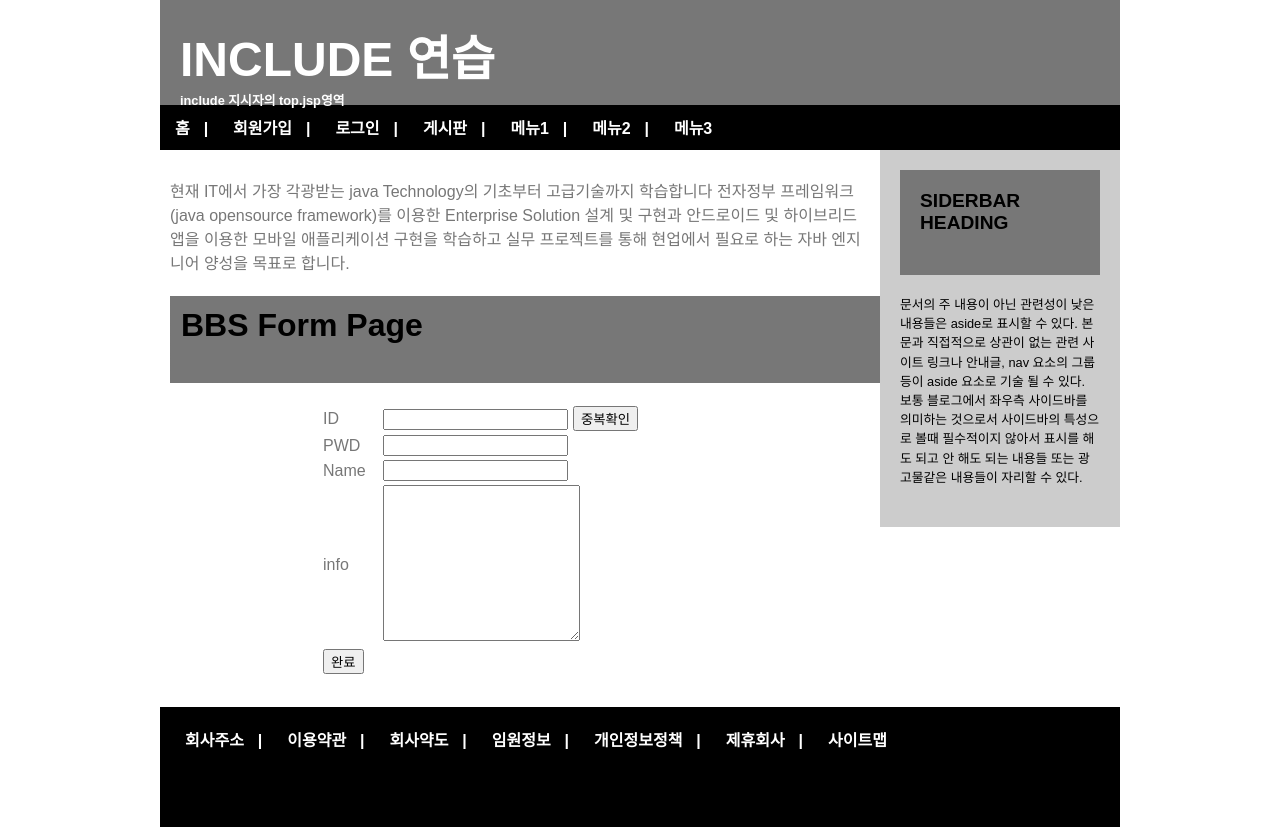
Repository: dev-sean/kosta
Page: http://localhost/jsp_1105/bbsForm.jsp
An editor plug-in stored every save of this project. The page is shown before and after the next save, followed by the edit.
The browser window is 1280 px wide. The pictures show the whole page.
Some web libraries are served in a nearby version. The page is served by Tomcat 9. Other server files are loaded and not shown.

Above is the page before, as saved 2014-11-05 05:13:09.

### jsp/jsp_1105/WebContent/bbsForm.jsp
<%@ page language="java" contentType="text/html; charset=EUC-KR"
	pageEncoding="EUC-KR"%>
<%@include file="ex1_top.jsp"%>
<script src="//code.jquery.com/jquery-1.11.0.min.js"></script>
<script src="//code.jquery.com/jquery-migrate-1.2.1.min.js"></script>
<script>
	$(document).ready(function() {
		$('#btn1').click(function() {

			$.ajax({
				url : "idcheck.jsp",
				data : {
					'id' : $('#id').val()
				},
				success : function(data) {
					var iValue = data.indexOf("success");
					if (iValue != -1) {
						alert("사용가능한 아이디입니다.");
					} else {
						alert("중복된 아이디입니다.");
					}
				},
				error : function(e) {
					console.log(e);
				}
			});
		});
	});
</script>
<article>
	<p>현재 IT에서 가장 각광받는 java Technology의 기초부터 고급기술까지 학습합니다 전자정부
		프레임워크(java opensource framework)를 이용한 Enterprise Solution 설계 및 구현과
		안드로이드 및 하이브리드앱을 이용한 모바일 애플리케이션 구현을 학습하고 실무 프로젝트를 통해 현업에서 필요로 하는 자바
		엔지니어 양성을 목표로 합니다.</p>
	<section>
		<header style="margin: auto; width: 100%;">
			<h2>BBS Form Page</h2>
		</header>
		<p>
		<form method="post" action="bbsadd.jsp">
			<input type="hidden" name="reip" value="<%=request.getRemoteAddr()%>">
			<table style="margin: auto; width: 400px">
				<tr>
					<td>ID</td>
					<td><input type="text" name="id" id="id"> <!-- Ajax & jQuery로 구현하기 -->
						<input type="button" id="btn1" value="중복확인"></td>
				</tr>
				<tr>
					<td>PWD</td>
					<td><input type="password" name="pwd"></td>
				</tr>
				<tr>
					<td>Name</td>
					<td><input type="text" name="name"></td>
				</tr>
				<tr>
					<td>info</td>
					<td><textarea rows="10" cols="22" name="info"></textarea>
				</tr>
				<tr>
					<td colspan="2"><input type="submit" value="완료"></td>
				</tr>
			</table>
		</form>
		</p>
	</section>
</article>
<aside>
	<header>
		<h1>Siderbar Heading</h1>
	</header>
	<p>문서의 주 내용이 아닌 관련성이 낮은 내용들은 aside로 표시할 수 있다. 본문과 직접적으로 상관이 없는 관련
		사이트 링크나 안내글, nav 요소의 그룹 등이 aside 요소로 기술 될 수 있다. 보통 블로그에서 좌우측 사이드바를
		의미하는 것으로서 사이드바의 특성으로 볼때 필수적이지 않아서 표시를 해도 되고 안 해도 되는 내용들 또는 광고물같은 내용들이
		자리할 수 있다.</p>

</aside>
<%@include file="ex1_bottom.jsp"%>

### jsp/jsp_1105/WebContent/ex1_top.jsp
<%@ page language="java" contentType="text/html; charset=EUC-KR"
    pageEncoding="EUC-KR"%>
<!DOCTYPE html>
<html>
<head>
<meta charset="EUC-KR">
<title>Insert title here</title>
<link rel="stylesheet" href="style/style.css" type="text/css">
<script src="//code.jquery.com/jquery-1.11.0.min.js"></script>
<script src="//code.jquery.com/jquery-migrate-1.2.1.min.js"></script>
<script>
	$(document).ready(function() {

	});
</script>
</head>
<body>

	<header class="hd">
		<h1>Include 연습</h1>
		<h2>include 지시자의 top.jsp영역</h2>
		<%
			if(session.getAttribute("MEMBERID")!=null){
				String username = (String) session.getAttribute("USERNAME");
		%>
			<h2 style="color:yellow; font-size:13pt"><%=username %>님 반갑습니다. ^^</h2>
		<%
			}
		%>
	</header>
	<nav>
		<ul>
			<li><a href="ex1_body.jsp">홈</a>&nbsp; |</li>
			<%
				String menu1= "";
				String menu2 = "";
				//세션의 유무 판단
				if(session.getAttribute("MEMBERID")==null){
			%>
					<li><a href="join.jsp">회원가입</a>&nbsp; |</li>
					<li><a href="loginForm.jsp">로그인</a>&nbsp; |</li>
			<%
				}else{
			%>
					<li><a href="mypage.jsp">마이페이지</a>&nbsp; |</li>
					<li><a href="LogOut.jsp">로그아웃</a>&nbsp; |</li>
			<%
				}
			%>

			<li><a href="">게시판</a>&nbsp; |</li>
			<li><a href="">메뉴1</a>&nbsp; |</li>
			<li><a href="">메뉴2</a>&nbsp; |</li>
			<li><a href="">메뉴3</a></li>
		</ul>
	</nav>

### jsp/jsp_1105/WebContent/ex1_bottom.jsp
<%@ page language="java" contentType="text/html; charset=EUC-KR"
	pageEncoding="EUC-KR"%>
<footer>
	<nav>
		<ul>
			<li><a href="">회사주소</a>&nbsp; |</li>
			<li><a href="">이용약관</a>&nbsp; |</li>
			<li><a href="">회사약도</a>&nbsp; |</li>
			<li><a href="">임원정보</a>&nbsp; |</li>
			<li><a href="">개인정보정책</a>&nbsp; |</li>
			<li><a href="">제휴회사</a>&nbsp; |</li>
			<li><a href="">사이트맵</a></li>
		</ul>
	</nav>
</footer>


</body>
</html>

### jsp/jsp_1105/WebContent/style/style.css
@CHARSET "EUC-KR";
html, body, div, h1, h2, h3, h4, h5, h6, p {
	margin: 0;
	padding: 0;
	border: 0;
	outline: 0;
	font-size: 100%;
}

body {
	width: 960px;
	margin: 0 auto;
	font-family: Arial, sans-serif;
	color: #777;
}

p {
	margin-top: 20px;
	margin-bottom: 20px;
	line-height: 150%;
}
.hd h1{

}
header {
	background: #777;
	padding: 20px;
	height: 65px;
	clear: both;
}

body header  h1 {
	font-size: 3.0em;
	text-transform: uppercase;
	color: #fff;
}

body header  h2 {
	font-size: 0.8em;
	color: #fff;

}

body nav {
	height: 25px;
	padding: 10px;
	background: #000;
	color: #FFFFFF;
	font-weight: bold;
	clear: both;
	-moz-border-radius: 20px 0px;
}

body nav ul {
	padding: 0;
	margin: 0;
	list-style: none;
}

nav ul li {
	display: block;
	float: left;
	margin-right: 20px;
}

footer {
	background: #000;
	padding: 10px;
	height: 100px;
	color: #fff;
	clear: both;
}

nav ul li a {
	color: #fff;
	background: #000;
	text-decoration: none;
	padding: 5px;
	margin: 0;
}

nav ul li a:hover {
	background: #777;
}

article {
	width: 700px;
	padding: 10px;
	float: left;
}

article header {
	border: 1px dashed #777;
	padding: 10px;
}

article header h2 {
	color: #000;
	font-size: 2em;
}

time {
	font-size: 0.7em;
	margin-top: 0px;
	margin-bottom: 0px;
}

article section footer {
	border: 1px dashed #777;
	padding: 10px;
}

article>footer {
	font-style: italic;
}

figure {
	margin: 0 auto;
	padding: 20px;
	width: 500px;
	text-align: center;
	border: 1px dashed #ccc;
	clear: both;
}

figure img {
	padding: 10px;
	margin: 0 auto;
}

aside {
	width: 200px;
	padding: 20px;
	float: left;
	background: #ccc;
	color: #000;
	font-size: 0.8em;
}

aside header h1 {
	font-size: 1.5em;
	color: #000;
}

After the next save:
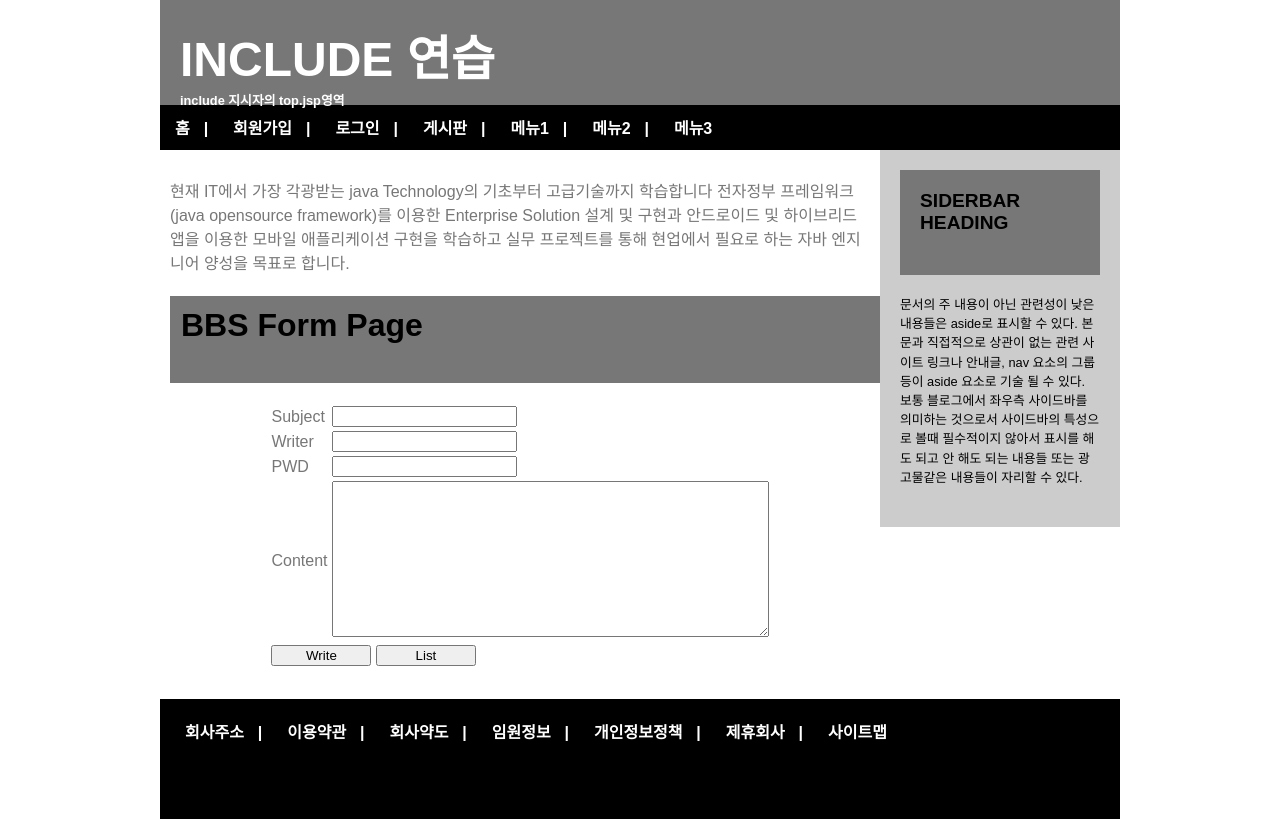
Saved 5 min 57 s later.
--- a/jsp/jsp_1105/WebContent/bbsForm.jsp
+++ b/jsp/jsp_1105/WebContent/bbsForm.jsp
@@ -41,24 +41,27 @@
 			<input type="hidden" name="reip" value="<%=request.getRemoteAddr()%>">
 			<table style="margin: auto; width: 400px">
 				<tr>
-					<td>ID</td>
-					<td><input type="text" name="id" id="id"> <!-- Ajax & jQuery로 구현하기 -->
-						<input type="button" id="btn1" value="중복확인"></td>
+					<td>Subject</td>
+					<td><input type="text" name="sub" id="id"> <!-- Ajax & jQuery로 구현하기 -->
+				</tr>
+				<tr>
+					<td>Writer</td>
+					<td><input type="text" name="writer"></td>
 				</tr>
 				<tr>
 					<td>PWD</td>
 					<td><input type="password" name="pwd"></td>
 				</tr>
 				<tr>
-					<td>Name</td>
-					<td><input type="text" name="name"></td>
+					<td>Content</td>
+					<td><textarea rows="10" cols="52" name="cont"></textarea>
 				</tr>
+
+
 				<tr>
-					<td>info</td>
-					<td><textarea rows="10" cols="22" name="info"></textarea>
-				</tr>
-				<tr>
-					<td colspan="2"><input type="submit" value="완료"></td>
+					<td colspan="2"><input type="submit" value="Write"
+						style="width: 100px; heigth: 30px"> <input type="button"
+						value="List" style="width: 100px; heigth: 30px"></td>
 				</tr>
 			</table>
 		</form>
